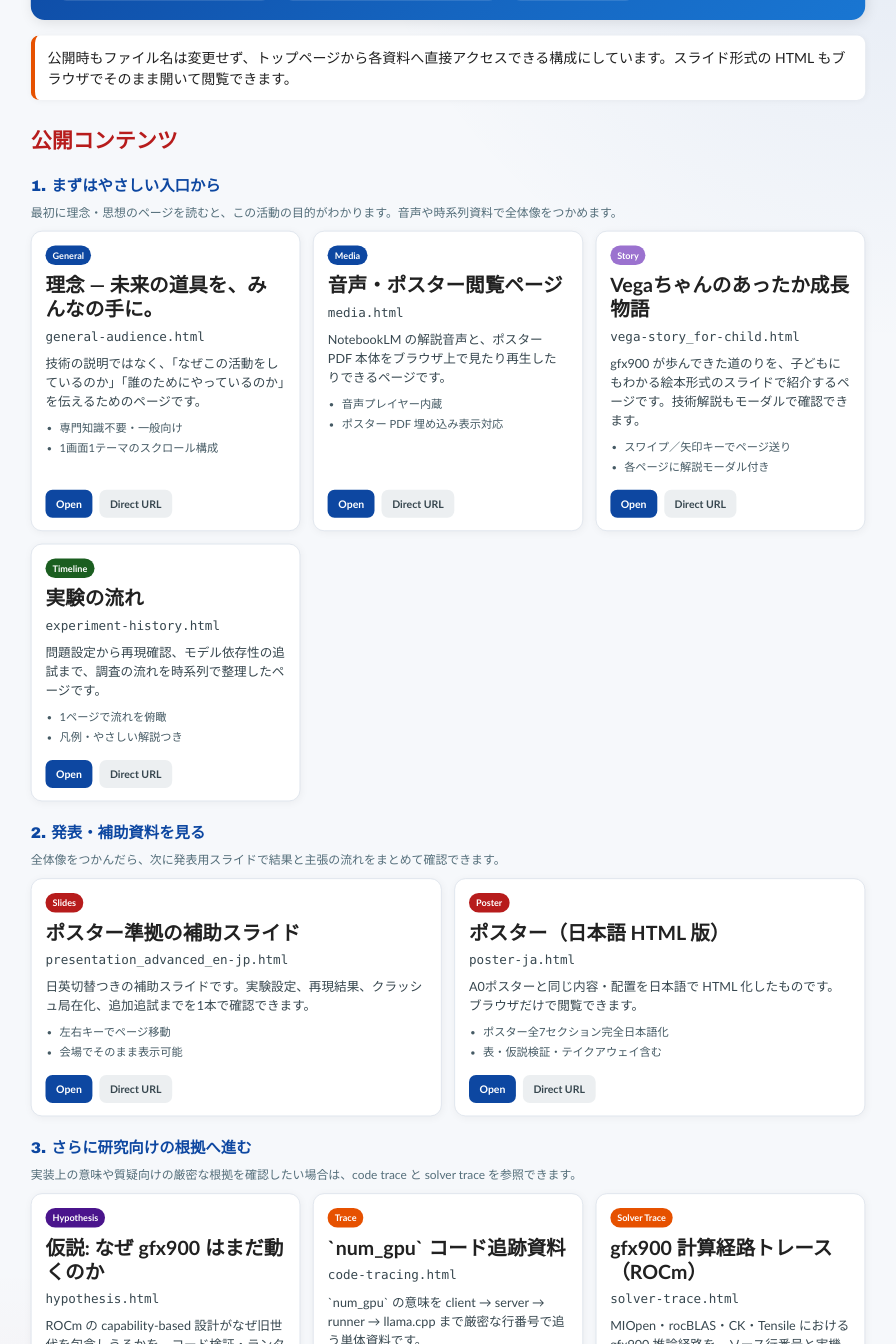
Repository: AETS-MAGI/vega-hbmx-pages
Page: index.html
These files come from the project's save history. The page is drawn as it stood at one moment and after the next save; the edit follows.
The browser window is 1280 px wide. The pictures show the part of the page from y = 304 to 2224 px (the page is 2787 px tall), at 70% of full size.

Above is the page before, as saved 2026-03-14 02:53:35.

### index.html
<!DOCTYPE html>
<html lang="ja" data-language="ja">
<head>
	<meta charset="UTF-8">
	<meta name="viewport" content="width=device-width, initial-scale=1.0">
	<title>vega-hbmx-pages | Legacy HBM GPU Investigation</title>
	<style>
		:root {
			--red: #B71C1C;
			--blue: #0D47A1;
			--green: #1B5E20;
			--orange: #E65100;
			--text: #212121;
			--muted: #616161;
			--line: #D7DEE8;
			--bg: #F6F8FB;
			--card: #FFFFFF;
		}

		* { box-sizing: border-box; }

		body {
			margin: 0;
			font-family: 'Calibri', 'Arial', sans-serif;
			color: var(--text);
			background:
				radial-gradient(circle at top right, rgba(13,71,161,0.09), transparent 26%),
				radial-gradient(circle at bottom left, rgba(183,28,28,0.08), transparent 22%),
				var(--bg);
		}

		.page {
			max-width: 1240px;
			margin: 0 auto;
			padding: 32px 24px 56px;
		}

		.toolbar {
			display: flex;
			justify-content: flex-end;
			margin-bottom: 18px;
		}

		.lang-toggle {
			display: inline-flex;
			gap: 6px;
			padding: 6px;
			border-radius: 999px;
			border: 1px solid var(--line);
			background: rgba(255,255,255,0.92);
			box-shadow: 1px 1px 8px rgba(0,0,0,0.05);
		}

		.lang-btn {
			border: none;
			border-radius: 999px;
			padding: 8px 14px;
			font-size: 14px;
			font-weight: bold;
			background: transparent;
			color: #455A64;
			cursor: pointer;
		}

		.lang-btn.active {
			background: var(--blue);
			color: #FFFFFF;
		}

		.hero {
			background: linear-gradient(135deg, #0D47A1 0%, #1565C0 58%, #1976D2 100%);
			color: #FFFFFF;
			border-radius: 20px;
			padding: 34px 34px 28px;
			box-shadow: 2px 4px 18px rgba(0,0,0,0.10);
		}

		.hero h1 {
			margin: 0 0 12px;
			font-family: 'Arial Black', sans-serif;
			font-size: 42px;
			line-height: 1.1;
		}

		.hero p {
			margin: 0;
			font-size: 22px;
			line-height: 1.45;
			color: #E3F2FD;
		}

		.hero-meta {
			margin-top: 18px;
			display: flex;
			flex-wrap: wrap;
			gap: 10px;
		}

		.badge {
			display: inline-flex;
			align-items: center;
			padding: 8px 12px;
			border-radius: 999px;
			font-size: 14px;
			font-weight: bold;
			background: rgba(255,255,255,0.14);
			color: #FFFFFF;
			border: 1px solid rgba(255,255,255,0.18);
		}

		.summary {
			margin-top: 22px;
			background: #FFFFFF;
			border-left: 6px solid var(--orange);
			border-radius: 12px;
			padding: 16px 18px;
			font-size: 20px;
			line-height: 1.5;
			box-shadow: 1px 1px 10px rgba(0,0,0,0.05);
		}

		.section-title {
			margin: 34px 0 14px;
			font-family: 'Arial Black', sans-serif;
			font-size: 30px;
			color: var(--red);
		}

		.card-grid {
			display: grid;
			grid-template-columns: repeat(auto-fit, minmax(300px, 1fr));
			gap: 18px;
		}

		.flow-section {
			margin-top: 26px;
		}

		.flow-title {
			margin: 0 0 12px;
			font-family: 'Arial Black', sans-serif;
			font-size: 22px;
			color: var(--blue);
		}

		.flow-lead {
			margin: 0 0 14px;
			font-size: 17px;
			line-height: 1.5;
			color: #546E7A;
		}

		.card {
			background: var(--card);
			border: 1px solid var(--line);
			border-radius: 16px;
			padding: 20px 20px 18px;
			box-shadow: 1px 2px 12px rgba(0,0,0,0.05);
			display: flex;
			flex-direction: column;
			min-height: 270px;
		}

		.card-type {
			display: inline-block;
			align-self: flex-start;
			padding: 6px 10px;
			border-radius: 999px;
			font-size: 13px;
			font-weight: bold;
			color: #FFFFFF;
			margin-bottom: 12px;
		}

		.type-slides { background: var(--red); }
		.type-history { background: var(--green); }
		.type-trace { background: var(--orange); }
		.type-general { background: var(--blue); }
		.type-story { background: #9B72CF; }
		.type-hypothesis { background: #4A148C; }

		.card h3 {
			margin: 0 0 8px;
			font-size: 28px;
			line-height: 1.2;
		}

		.filename {
			margin: 0 0 12px;
			font-family: 'Consolas', monospace;
			font-size: 14px;
			color: #546E7A;
			word-break: break-all;
		}

		.card p {
			margin: 0 0 12px;
			font-size: 18px;
			line-height: 1.5;
			color: #37474F;
		}

		.card ul {
			margin: 0 0 16px;
			padding-left: 20px;
			color: #455A64;
			font-size: 16px;
			line-height: 1.45;
		}

		.card li { margin-bottom: 6px; }

		.actions {
			margin-top: auto;
			display: flex;
			flex-wrap: wrap;
			gap: 10px;
		}

		.button {
			display: inline-flex;
			align-items: center;
			justify-content: center;
			text-decoration: none;
			padding: 11px 15px;
			border-radius: 10px;
			font-weight: bold;
			font-size: 15px;
			transition: transform 0.12s ease, box-shadow 0.12s ease;
		}

		.button:hover {
			transform: translateY(-1px);
			box-shadow: 1px 3px 10px rgba(0,0,0,0.08);
		}

		.button-primary {
			background: var(--blue);
			color: #FFFFFF;
		}

		.button-secondary {
			background: #ECEFF1;
			color: #37474F;
		}

		.note {
			margin-top: 28px;
			background: #FFF8E1;
			border-left: 6px solid var(--orange);
			border-radius: 12px;
			padding: 16px 18px;
			font-size: 18px;
			line-height: 1.5;
			color: #5D4037;
		}

		.footer {
			margin-top: 26px;
			color: var(--muted);
			font-size: 15px;
			text-align: center;
		}

		[data-lang] { display: none; }
		html[data-language="en"] [data-lang="en"] { display: initial; }
		html[data-language="ja"] [data-lang="ja"] { display: initial; }
		html[data-language="en"] div[data-lang="en"],
		html[data-language="ja"] div[data-lang="ja"] { display: block; }
		html[data-language="en"] span[data-lang="en"],
		html[data-language="ja"] span[data-lang="ja"] { display: inline; }
		html[data-language="en"] p[data-lang="en"],
		html[data-language="ja"] p[data-lang="ja"] { display: block; }
		html[data-language="en"] li[data-lang="en"],
		html[data-language="ja"] li[data-lang="ja"] { display: list-item; }
		html[data-language="en"] h1[data-lang="en"],
		html[data-language="ja"] h1[data-lang="ja"],
		html[data-language="en"] h2[data-lang="en"],
		html[data-language="ja"] h2[data-lang="ja"],
		html[data-language="en"] h3[data-lang="en"],
		html[data-language="ja"] h3[data-lang="ja"] { display: block; }

		@media (max-width: 760px) {
			.toolbar {
				justify-content: center;
			}

			.page { padding: 20px 16px 42px; }
			.hero { padding: 26px 22px 22px; }
			.hero h1 { font-size: 32px; }
			.hero p { font-size: 18px; }
			.hero-meta { gap: 8px; }
			.badge {
				width: 100%;
				justify-content: center;
			}
			.summary { font-size: 17px; }
			.section-title { font-size: 24px; }
			.flow-title { font-size: 20px; }
			.flow-lead { font-size: 16px; }
			.card-grid {
				grid-template-columns: 1fr;
			}
			.card {
				min-height: unset;
				padding: 18px 16px 16px;
			}
			.card h3 { font-size: 24px; }
			.card p { font-size: 16px; }
			.actions {
				flex-direction: column;
			}
			.button {
				width: 100%;
			}
		}

		@media (max-width: 480px) {
			.page { padding: 16px 12px 32px; }
			.hero {
				padding: 20px 16px 18px;
				border-radius: 16px;
			}
			.hero h1 { font-size: 28px; }
			.hero p { font-size: 16px; }
			.summary,
			.note {
				padding: 14px 14px;
				font-size: 15px;
			}
			.section-title { font-size: 22px; }
			.card h3 { font-size: 22px; }
			.filename { font-size: 13px; }
		}
	</style>
</head>
<body>
	<div class="page">
		<div class="toolbar">
			<div class="lang-toggle" aria-label="Language switch">
				<button id="btn-ja" class="lang-btn active" type="button">JP</button>
				<button id="btn-en" class="lang-btn" type="button">EN</button>
			</div>
		</div>

		<section class="hero">
			<h1 data-lang="ja">vega-hbmx-pages</h1>
			<h1 data-lang="en">vega-hbmx-pages</h1>
			<p data-lang="ja">Vega (gfx900) を出発点に、ROCm の capability-based 設計思想とオープンソースエコシステムの構造を紐解く研究プロジェクトの公開ページです。</p>
			<p data-lang="en">A research project that starts from Vega (gfx900) to unravel the capability-based design philosophy of ROCm and the structure of its open-source ecosystem.</p>
			<div class="hero-meta">
				<span class="badge">https://aets-magi.github.io/vega-hbmx-pages/</span>
				<span class="badge">Starting point: AMD Radeon RX Vega / gfx900</span>
				<span class="badge">ROCm Design Philosophy</span>
			</div>
		</section>

		<div class="summary">
			<span data-lang="ja">公開時もファイル名は変更せず、トップページから各資料へ直接アクセスできる構成にしています。スライド形式の HTML もブラウザでそのまま開いて閲覧できます。</span>
			<span data-lang="en">The original filenames are preserved. This root index links directly to each published document so they can be used immediately as presentation materials or supplementary web pages.</span>
		</div>

		<h2 class="section-title" data-lang="ja">公開コンテンツ</h2>
		<h2 class="section-title" data-lang="en">Published contents</h2>

		<section class="flow-section">
			<h3 class="flow-title" data-lang="ja">1. まずはやさしい入口から</h3>
			<h3 class="flow-title" data-lang="en">1. Start with the easiest entry points</h3>
			<p class="flow-lead" data-lang="ja">最初に理念・思想のページを読むと、この活動の目的がわかります。音声や時系列資料で全体像をつかめます。</p>
			<p class="flow-lead" data-lang="en">Start with the vision page to understand the purpose of this work, then use the audio and timeline for the big picture.</p>
			<div class="card-grid">
				<article class="card">
					<span class="card-type type-general">General</span>
					<h3 data-lang="ja">理念 — 未来の道具を、みんなの手に。</h3>
					<h3 data-lang="en">Vision — Putting the tools of the future into everyone's hands</h3>
					<p class="filename">general-audience.html</p>
					<p data-lang="ja">技術の説明ではなく、「なぜこの活動をしているのか」「誰のためにやっているのか」を伝えるためのページです。</p>
					<p data-lang="en">Not a technical explanation but a declaration page — conveying why this work is done and who it is for.</p>
					<ul>
						<li data-lang="ja">専門知識不要・一般向け</li>
						<li data-lang="en">No technical background needed</li>
						<li data-lang="ja">1画面1テーマのスクロール構成</li>
						<li data-lang="en">One theme per screen, scroll-based layout</li>
					</ul>
					<div class="actions">
						<a class="button button-primary" href="general-audience.html">Open</a>
						<a class="button button-secondary" href="./general-audience.html">Direct URL</a>
					</div>
				</article>

				<article class="card">
					<span class="card-type type-general">Media</span>
				<h3 data-lang="ja">音声・ポスター閲覧ページ</h3>
				<h3 data-lang="en">Media viewer page</h3>
				<p class="filename">media.html</p>
				<p data-lang="ja">NotebookLM の解説音声と、ポスター PDF 本体をブラウザ上で見たり再生したりできるページです。</p>
				<p data-lang="en">A browser-friendly page for the NotebookLM commentary audio and the poster PDF.</p>
				<ul>
					<li data-lang="ja">音声プレイヤー内蔵</li>
					<li data-lang="en">Built-in audio player</li>
					<li data-lang="ja">ポスター PDF 埋め込み表示対応</li>
					<li data-lang="en">Embedded poster PDF viewer</li>
				</ul>
				<div class="actions">
					<a class="button button-primary" href="media.html">Open</a>
					<a class="button button-secondary" href="./media.html">Direct URL</a>
				</div>
				</article>

				<article class="card">
					<span class="card-type type-story">Story</span>
					<h3 data-lang="ja">Vegaちゃんのあったか成長物語</h3>
					<h3 data-lang="en">Vega-chan's Warm Growth Story</h3>
					<p class="filename">vega-story_for-child.html</p>
					<p data-lang="ja">gfx900 が歩んできた道のりを、子どもにもわかる絵本形式のスライドで紹介するページです。技術解説もモーダルで確認できます。</p>
					<p data-lang="en">A picture-book-style slideshow introducing the journey of gfx900, accessible even to children. Technical notes are available in pop-up modals.</p>
					<ul>
						<li data-lang="ja">スワイプ／矢印キーでページ送り</li>
						<li data-lang="en">Swipe or arrow keys to turn pages</li>
						<li data-lang="ja">各ページに解説モーダル付き</li>
						<li data-lang="en">Each page has a detail modal</li>
					</ul>
					<div class="actions">
						<a class="button button-primary" href="vega-story_for-child.html">Open</a>
						<a class="button button-secondary" href="./vega-story_for-child.html">Direct URL</a>
					</div>
				</article>

				<article class="card">
					<span class="card-type type-history">Timeline</span>
				<h3 data-lang="ja">実験の流れ</h3>
				<h3 data-lang="en">Experiment history</h3>
				<p class="filename">experiment-history.html</p>
				<p data-lang="ja">問題設定から再現確認、モデル依存性の追試まで、調査の流れを時系列で整理したページです。</p>
				<p data-lang="en">A timeline-style document showing the investigation flow from problem framing to reproducibility and model-dependency follow-up tests.</p>
				<ul>
					<li data-lang="ja">1ページで流れを俯瞰</li>
					<li data-lang="en">Single-page overview of the full workflow</li>
					<li data-lang="ja">凡例・やさしい解説つき</li>
					<li data-lang="en">Includes legend and non-specialist explanations</li>
				</ul>
				<div class="actions">
					<a class="button button-primary" href="experiment-history.html">Open</a>
					<a class="button button-secondary" href="./experiment-history.html">Direct URL</a>
				</div>
				</article>
			</div>
		</section>

		<section class="flow-section">
			<h3 class="flow-title" data-lang="ja">2. 発表・補助資料を見る</h3>
			<h3 class="flow-title" data-lang="en">2. Move to the presentation materials</h3>
			<p class="flow-lead" data-lang="ja">全体像をつかんだら、次に発表用スライドで結果と主張の流れをまとめて確認できます。</p>
			<p class="flow-lead" data-lang="en">After the overview, the main slide deck presents the tested conditions, results, and claims in presentation form.</p>
			<div class="card-grid">
				<article class="card">
					<span class="card-type type-slides">Slides</span>
					<h3 data-lang="ja">ポスター準拠の補助スライド</h3>
					<h3 data-lang="en">Advanced bilingual slides</h3>
					<p class="filename">presentation_advanced_en-jp.html</p>
					<p data-lang="ja">日英切替つきの補助スライドです。実験設定、再現結果、クラッシュ局在化、追加追試までを1本で確認できます。</p>
					<p data-lang="en">A bilingual slide deck with English/Japanese switching. It covers setup, reproduced results, failure localization, and follow-up tests.</p>
					<ul>
						<li data-lang="ja">左右キーでページ移動</li>
						<li data-lang="en">Navigate with arrow keys</li>
						<li data-lang="ja">会場でそのまま表示可能</li>
						<li data-lang="en">Ready for direct presentation use</li>
					</ul>
					<div class="actions">
						<a class="button button-primary" href="presentation_advanced_en-jp.html">Open</a>
						<a class="button button-secondary" href="./presentation_advanced_en-jp.html">Direct URL</a>
					</div>
				</article>

				<article class="card">
					<span class="card-type type-slides">Poster</span>
					<h3 data-lang="ja">ポスター（日本語 HTML 版）</h3>
					<h3 data-lang="en">Poster (Japanese HTML version)</h3>
					<p class="filename">poster-ja.html</p>
					<p data-lang="ja">A0ポスターと同じ内容・配置を日本語で HTML 化したものです。ブラウザだけで閲覧できます。</p>
					<p data-lang="en">The A0 poster content translated into Japanese and laid out as a responsive HTML page.</p>
					<ul>
						<li data-lang="ja">ポスター全7セクション完全日本語化</li>
						<li data-lang="en">All 7 poster sections fully in Japanese</li>
						<li data-lang="ja">表・仮説検証・テイクアウェイ含む</li>
						<li data-lang="en">Includes tables, hypothesis tests, takeaways</li>
					</ul>
					<div class="actions">
						<a class="button button-primary" href="poster-ja.html">Open</a>
						<a class="button button-secondary" href="./poster-ja.html">Direct URL</a>
					</div>
				</article>
			</div>
		</section>

		<section class="flow-section">
			<h3 class="flow-title" data-lang="ja">3. さらに研究向けの根拠へ進む</h3>
			<h3 class="flow-title" data-lang="en">3. Go deeper into the research evidence</h3>
			<p class="flow-lead" data-lang="ja">実装上の意味や質疑向けの厳密な根拠を確認したい場合は、code trace と solver trace を参照できます。</p>
			<p class="flow-lead" data-lang="en">For strict implementation-level evidence, two standalone reference decks are available — one for API semantics and one for ROCm library solver paths.</p>
			<div class="card-grid">
				<article class="card">
					<span class="card-type type-hypothesis">Hypothesis</span>
					<h3 data-lang="ja">仮説: なぜ gfx900 はまだ動くのか</h3>
					<h3 data-lang="en">Hypothesis: Why Does gfx900 Still Run?</h3>
					<p class="filename">hypothesis.html</p>
					<p data-lang="ja">ROCm の capability-based 設計がなぜ旧世代を包含しうるかを、コード検証・ランタイム動的検証・git 来歴から構造的に分析した仮説ページです。</p>
					<p data-lang="en">A structural analysis of how ROCm's capability-based design can encompass legacy generations, grounded in code verification, runtime dynamic testing, and git provenance.</p>
					<ul>
						<li data-lang="ja">事実と仮説を明確に分離</li>
						<li data-lang="en">Clear separation of facts and hypotheses</li>
						<li data-lang="ja">信頼度バッジ（検証済・仮説・推測）付き</li>
						<li data-lang="en">Confidence badges (verified / hypothesis / speculative)</li>
					</ul>
					<div class="actions">
						<a class="button button-primary" href="hypothesis.html">Open</a>
						<a class="button button-secondary" href="./hypothesis.html">Direct URL</a>
					</div>
				</article>

				<article class="card">
					<span class="card-type type-trace">Trace</span>
				<h3 data-lang="ja">`num_gpu` コード追跡資料</h3>
				<h3 data-lang="en">`num_gpu` code-tracing deck</h3>
				<p class="filename">code-tracing.html</p>
				<p data-lang="ja">`num_gpu` の意味を client → server → runner → llama.cpp まで厳密な行番号で追う単体資料です。</p>
				<p data-lang="en">A standalone supplementary deck tracing the exact meaning of `num_gpu` from client to server, runner, and llama.cpp with precise line references.</p>
				<ul>
					<li data-lang="ja">全11ページの単体補助資料</li>
					<li data-lang="en">11-page standalone explainer</li>
					<li data-lang="ja">`num_gpu` 誤読防止に有効</li>
					<li data-lang="en">Useful for preventing `num_gpu` misinterpretation</li>
				</ul>
				<div class="actions">
					<a class="button button-primary" href="code-tracing.html">Open</a>
					<a class="button button-secondary" href="./code-tracing.html">Direct URL</a>
				</div>
				</article>

				<article class="card">
					<span class="card-type type-trace">Solver Trace</span>
				<h3 data-lang="ja">gfx900 計算経路トレース（ROCm）</h3>
				<h3 data-lang="en">gfx900 solver path trace (ROCm)</h3>
				<p class="filename">solver-trace.html</p>
				<p data-lang="ja">MIOpen・rocBLAS・CK・Tensile における gfx900 推論経路を、ソース行番号と実機ログで対応づけた技術参照資料です。</p>
				<p data-lang="en">A technical reference tracing gfx900 computation paths through MIOpen, rocBLAS, CK, and Tensile — with exact source line numbers cross-referenced against real Vega64 runtime logs.</p>
				<ul>
					<li data-lang="ja">MLIR 除外コミット・ASM ホワイトリスト・dot4 フォールバックをコードで確認</li>
					<li data-lang="en">MLIR exclusion commit, ASM whitelist, dot4 fallback — all code-verified</li>
					<li data-lang="ja">実機逆アセンブルで dot4 命令不在を確認</li>
					<li data-lang="en">Disassembly confirms no dot4 instructions in INT8 naive kernel on Vega64</li>
					<li data-lang="ja">「維持・管理・補充」3 層構造をコードと実機の両面で説明</li>
					<li data-lang="en">Maintain / manage / supplement: three-layer architecture explained with code + runtime evidence</li>
				</ul>
				<div class="actions">
					<a class="button button-primary" href="solver-trace.html">Open</a>
					<a class="button button-secondary" href="./solver-trace.html">Direct URL</a>
				</div>
				</article>
			</div>
		</section>

		<div class="note">
			<span data-lang="ja"><strong>公開メモ:</strong> GitHub Pages のルートは <strong>/vega-hbmx-pages/</strong> です。この index は相対リンクのみを使っているため、公開URL配下でそのまま動作します。</span>
			<span data-lang="en"><strong>Publishing note:</strong> The GitHub Pages root is <strong>/vega-hbmx-pages/</strong>. This index uses only relative links, so it works directly under the published site root.</span>
		</div>

		<div class="note" style="border-left-color:var(--blue);background:#E3F2FD;">
			<span data-lang="ja"><strong>関連プロジェクト:</strong> 3/12 IEICE総合大会向けの日本語LLM評価基盤プロジェクト <a href="https://aets-magi.github.io/magi-pages/" style="color:var(--blue);font-weight:bold;">MAGI — AIが検証可能な科学であるために</a> も公開中です。</span>
			<span data-lang="en"><strong>Related project:</strong> See also <a href="https://aets-magi.github.io/magi-pages/" style="color:var(--blue);font-weight:bold;">MAGI — Making AI a verifiable science</a>, an artifact-first Japanese LLM evaluation framework for the IEICE General Conference (Mar 12).</span>
		</div>

		<div class="footer">
			<span data-lang="ja">AETS-MAGI GitHub Pages landing page for vega-hbmx materials</span>
			<span data-lang="en">AETS-MAGI GitHub Pages landing page for vega-hbmx materials</span>
		</div>
	</div>

	<script>
		const html = document.documentElement;
		const btnJa = document.getElementById('btn-ja');
		const btnEn = document.getElementById('btn-en');

		function setLanguage(lang) {
			html.setAttribute('data-language', lang);
			html.setAttribute('lang', lang);
			btnJa.classList.toggle('active', lang === 'ja');
			btnEn.classList.toggle('active', lang === 'en');
			localStorage.setItem('vega-hbmx-pages-lang', lang);
		}

		btnJa.addEventListener('click', () => setLanguage('ja'));
		btnEn.addEventListener('click', () => setLanguage('en'));

		setLanguage(localStorage.getItem('vega-hbmx-pages-lang') === 'en' ? 'en' : 'ja');
	</script>
</body>
</html>

After the next save:
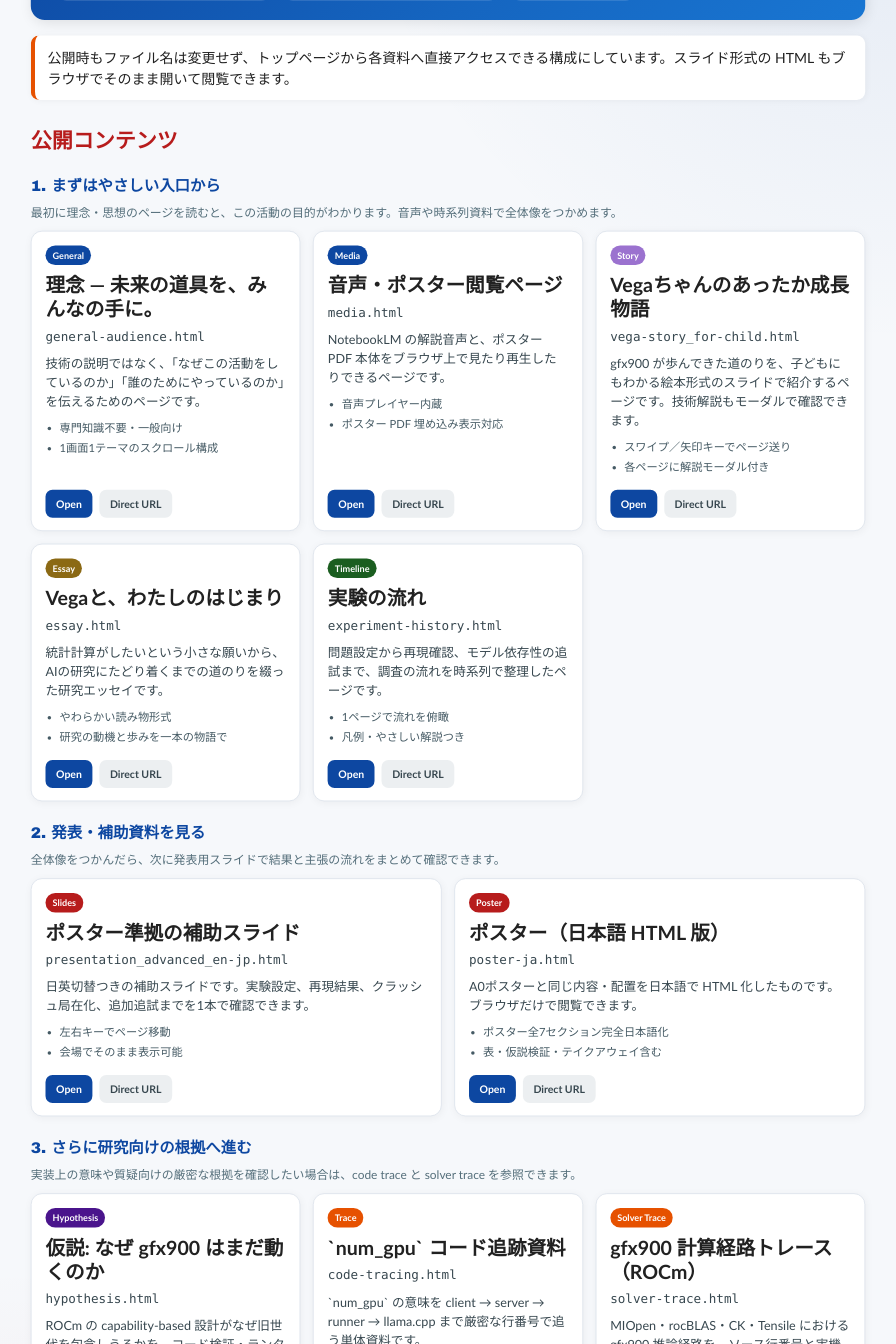
Saved 5 min 38 s later.
--- a/index.html
+++ b/index.html
@@ -423,6 +423,25 @@
 					<div class="actions">
 						<a class="button button-primary" href="vega-story_for-child.html">Open</a>
 						<a class="button button-secondary" href="./vega-story_for-child.html">Direct URL</a>
+					</div>
+				</article>
+
+				<article class="card">
+					<span class="card-type type-story" style="background:#8B6914;">Essay</span>
+					<h3 data-lang="ja">Vegaと、わたしのはじまり</h3>
+					<h3 data-lang="en">Vega, and Where I Began</h3>
+					<p class="filename">essay.html</p>
+					<p data-lang="ja">統計計算がしたいという小さな願いから、AIの研究にたどり着くまでの道のりを綴った研究エッセイです。</p>
+					<p data-lang="en">A research essay tracing the journey from a simple wish to do statistical computing, to arriving at AI research.</p>
+					<ul>
+						<li data-lang="ja">やわらかい読み物形式</li>
+						<li data-lang="en">Gentle essay-style narrative</li>
+						<li data-lang="ja">研究の動機と歩みを一本の物語で</li>
+						<li data-lang="en">Motivation and journey told as one story</li>
+					</ul>
+					<div class="actions">
+						<a class="button button-primary" href="essay.html">Open</a>
+						<a class="button button-secondary" href="./essay.html">Direct URL</a>
 					</div>
 				</article>
 
